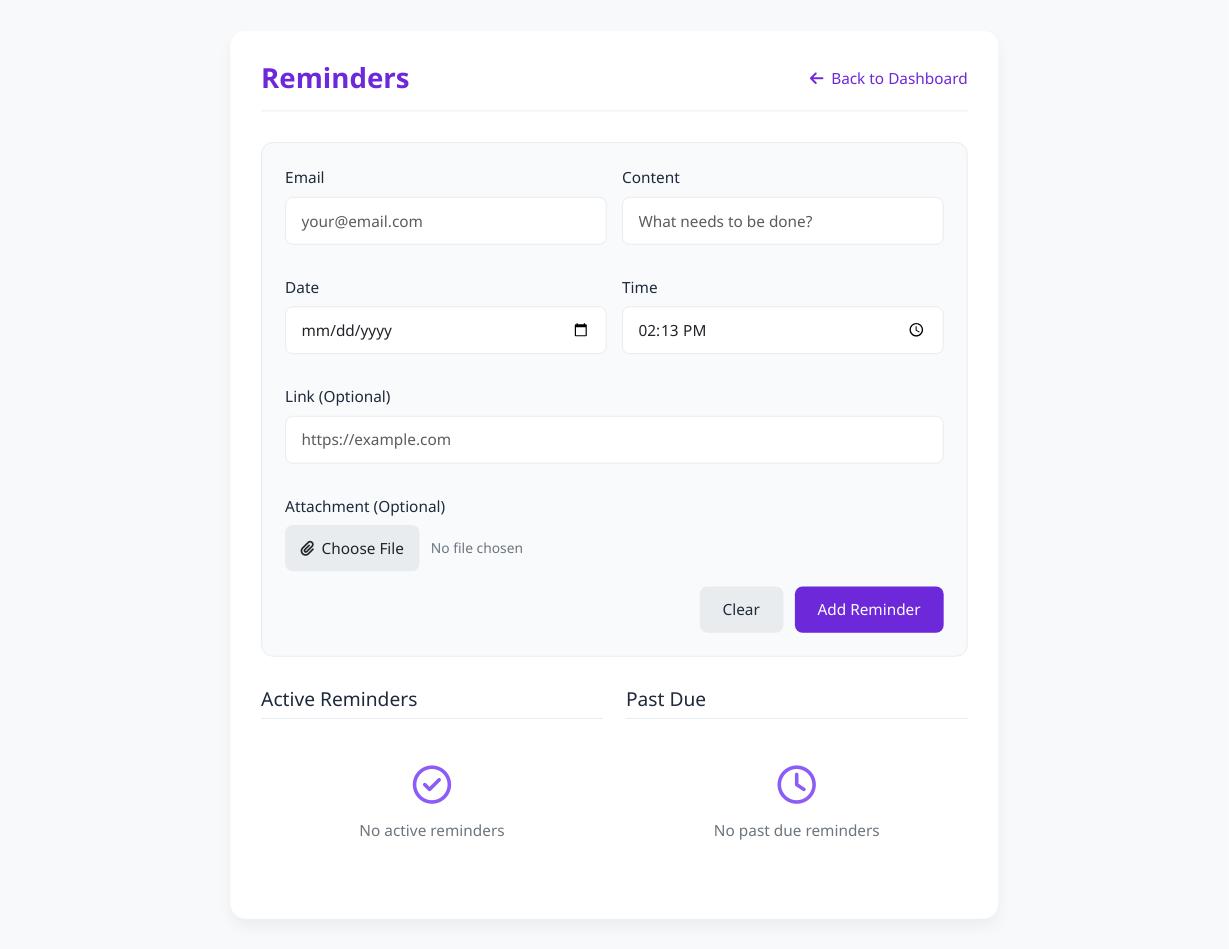
Repository: krishgobi/MedicoApp
Page: templates/remainders.html
The author's editor kept a copy of each file at every save. The page is drawn from the files as they stood at one save, then again after the next save.
The browser window is 1280 px wide. The pictures show the whole page, at 96% of full size.
The page is served by the project's application, run on Flask 3 (chatbot_gemini_backend.py). The template is opened directly, without the code that normally fills it, so the values that code supplies are empty.

Above is the page before, as saved 2025-06-23 09:22:37.

After the next save:
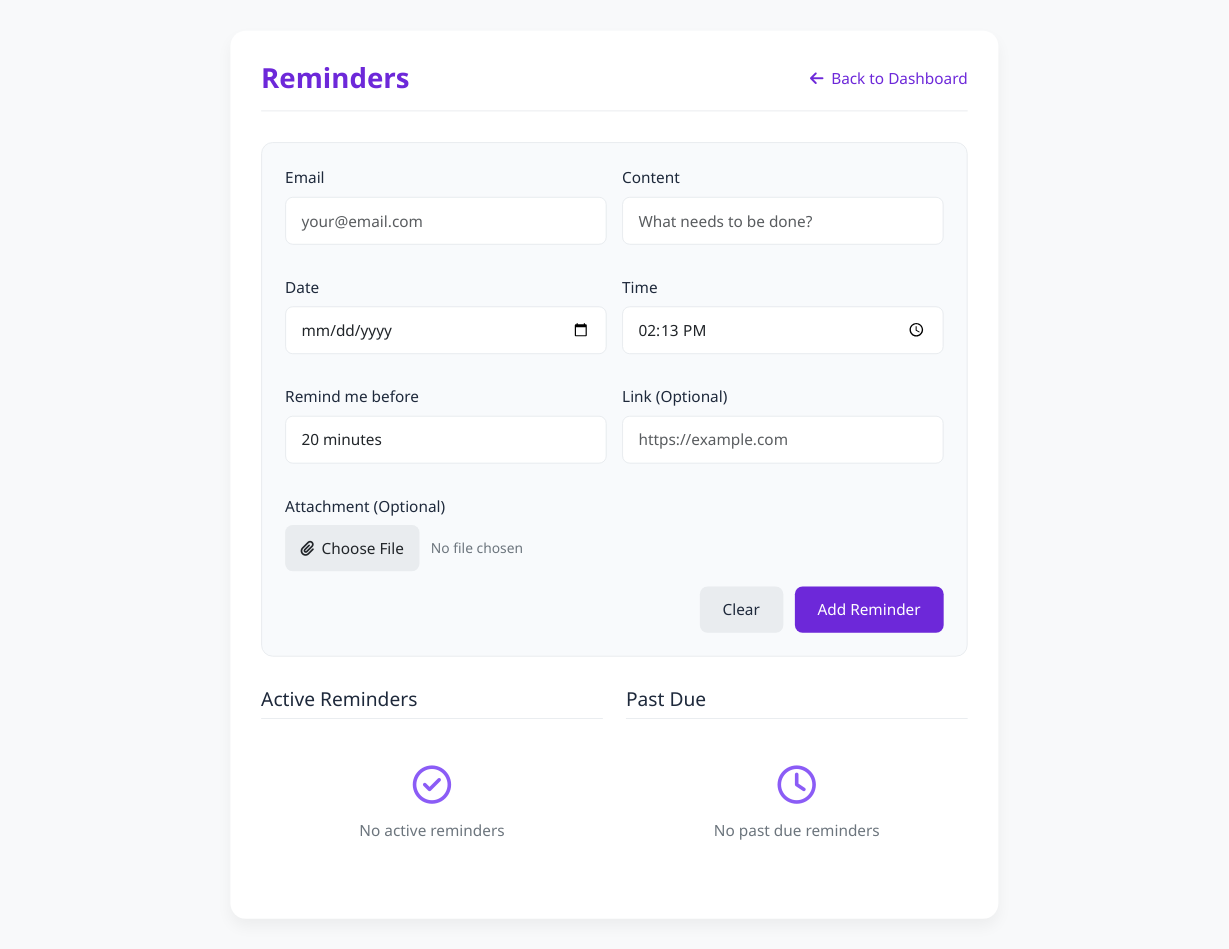
Saved 4 min 38 s later.
--- a/templates/remainders.html
+++ b/templates/remainders.html
@@ -352,7 +352,7 @@
                 <div class="form-row">
                     <div class="form-col">
                         <label class="form-label">Email</label>
-                        <input type="email" name="user_email" class="form-control" placeholder="your@email.com" required>
+                        <input type="email" name="email" class="form-control" placeholder="your@email.com" required>
                     </div>
                     <div class="form-col">
                         <label class="form-label">Content</label>
@@ -372,6 +372,13 @@
                 </div>
 
                 <div class="form-row">
+                    <div class="form-col">
+                        <label class="form-label">Remind me before</label>
+                        <select name="reminder_offset" class="form-control">
+                            <option value="20">20 minutes</option>
+                            <option value="10">10 minutes</option>
+                        </select>
+                    </div>
                     <div class="form-col">
                         <label class="form-label">Link (Optional)</label>
                         <input type="url" name="link" class="form-control" placeholder="https://example.com">
